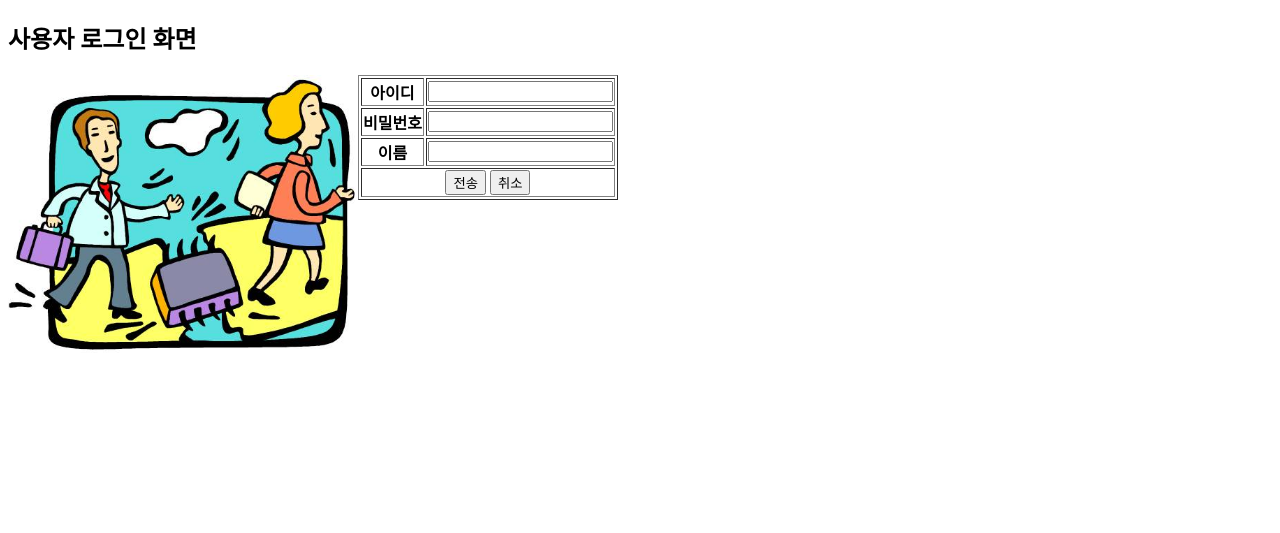
Repository: LTaeHoon/javajsp_ncs
Page: http://localhost/chap02_Directive_Object/impliciteObject/session/example/loginForm.jsp
An editor plug-in stored every save of this project. The page is shown before and after the next save, followed by the edit.
The browser window is 1280 px wide. The pictures show the whole page.
The page is served by Tomcat 9.

Above is the page before, as saved 2017-01-13 06:52:36.

After the next save:
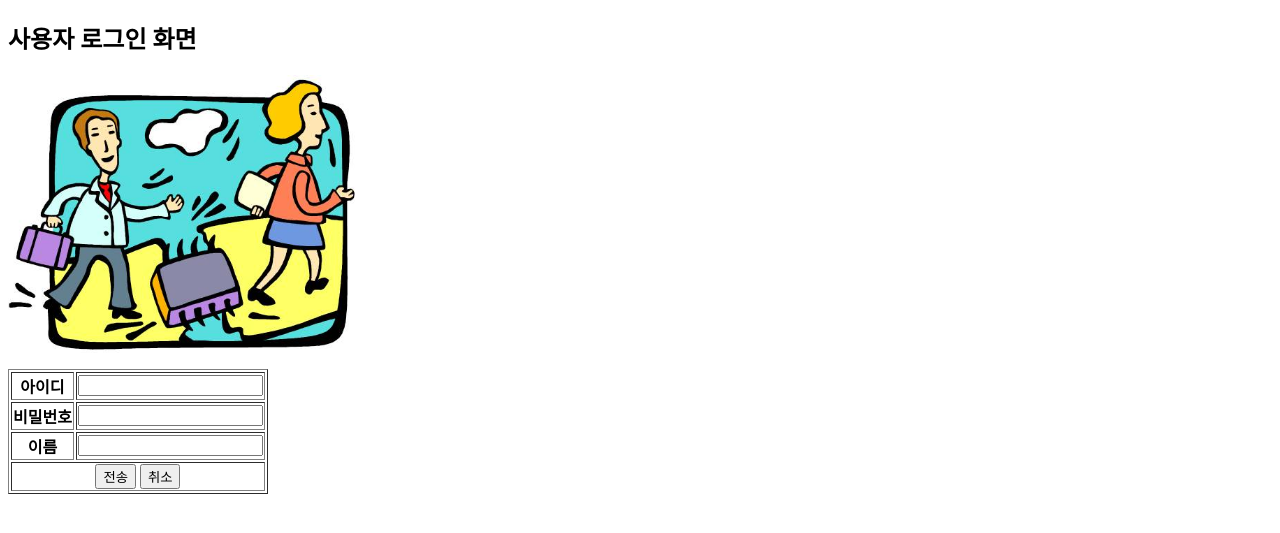
Saved 29 s later.
--- a/chap02_Directive_Object/WebContent/impliciteObject/session/example/loginForm.jsp
+++ b/chap02_Directive_Object/WebContent/impliciteObject/session/example/loginForm.jsp
@@ -6,12 +6,10 @@
 <meta http-equiv="Content-Type" content="text/html; charset=UTF-8">
 <title>login 화면 </title>
 </head>
-<style>
-	img{float:left; }
-</style>
+
 <body>
   <h2> 사용자 로그인 화면</h2>
-  <p align="right">
+  <p align="left">
      <img src="../images/login.jpg" width="350"/>
   </p>
    <!--  action="http://192.168.0.26:8080/chap01_JspServlet/LoginServlet" -->
